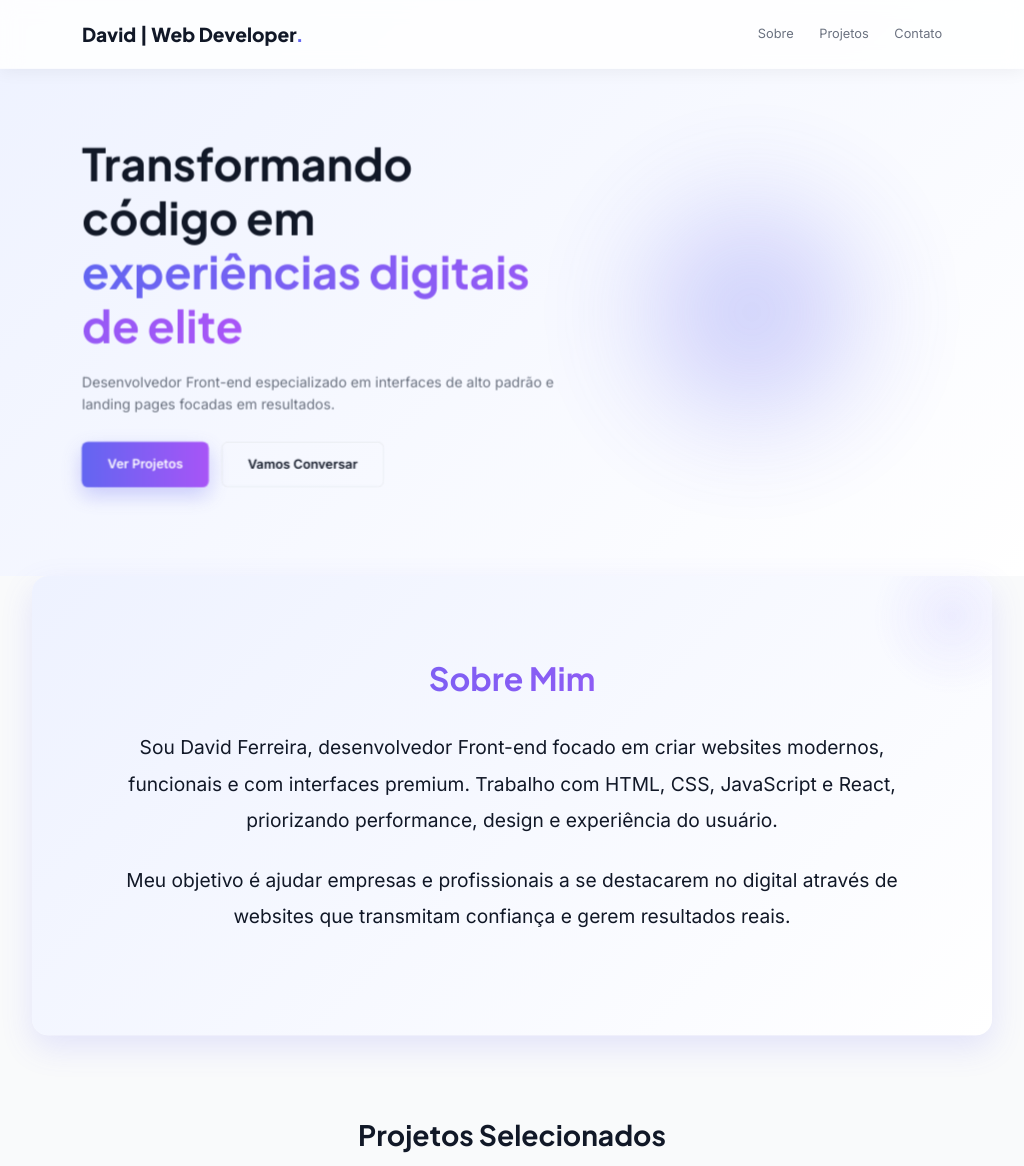
Repository: davidfsillva/David_Ferreira
Page: index.html
These files come from the project's save history. The page is drawn as it stood at one moment and after a run of saves; the edit follows.
The browser window is 1280 px wide. The pictures show the part of the page from y = 0 to 1457 px (the page is 2877 px tall before and 2783 px after), at 80% of full size.
Pictures or frames that could not be fetched are drawn as grey boxes.

Above is the page before, as saved 2026-02-11 12:04:53.
Console error: TypeError: Cannot read properties of null (reading 'addEventListener')

### index.html
<!DOCTYPE html>
<html lang="pt-BR">
<head>
    <meta charset="UTF-8">
    <meta name="viewport" content="width=device-width, initial-scale=1.0">

    <title>David Ferreira | Desenvolvedor Front-end & UI Designer Premium</title>

    <!-- SEO Primário -->
    <meta name="description" content="David Ferreira é desenvolvedor front-end especializado em interfaces premium, landing pages de alta conversão e experiências digitais modernas.">
    <meta name="keywords" content="Desenvolvedor Front-end, Web Designer, UI Designer, Landing Page, Desenvolvimento Web, Freelancer Brasil">
    <meta name="author" content="David Ferreira">
    <meta name="robots" content="index, follow">
    <link rel="canonical" href="https://seudominio.com/">

    <!-- Open Graph (Facebook, LinkedIn) -->
    <meta property="og:title" content="David Ferreira | Desenvolvedor Front-end Premium">
    <meta property="og:description" content="Interfaces digitais de alto padrão, focadas em performance e conversão.">
    <meta property="og:image" content="https://seudominio.com/preview.jpg">
    <meta property="og:url" content="https://seudominio.com/">
    <meta property="og:type" content="website">

    <!-- Twitter Card -->
    <meta name="twitter:card" content="summary_large_image">
    <meta name="twitter:title" content="David Ferreira | Web Developer">
    <meta name="twitter:description" content="Desenvolvimento web premium focado em performance e design moderno.">
    <meta name="twitter:image" content="https://seudominio.com/preview.jpg">

    <!-- Favicon -->
    <link rel="icon" href="favicon.ico" type="image/x-icon">

    <!-- Fonts -->
    <link href="https://fonts.googleapis.com/css2?family=Inter:wght@300;400;600&family=Plus+Jakarta+Sans:wght@700;800&display=swap" rel="stylesheet">

    <link rel="stylesheet" href="style.css">
</head>


<body>

    <!-- NAVBAR -->
    <nav class="navbar">
        <div class="logo">David | Web Developer<span>.</span></div>
        <ul class="nav-links">
            <li><a href="#about">Sobre</a></li>
            <li><a href="#portfolio">Projetos</a></li>
            <li><a href="#contact" class="btn-sm">Contato</a></li>
        </ul>
    </nav>

    <!-- HERO -->
    <section class="hero">
        <div class="hero-content">
            <h1>Transformando código em <span>experiências digitais de elite</span></h1>
            <p>Desenvolvedor Front-end especializado em interfaces de alto padrão e landing pages focadas em resultados.</p>
            <div class="hero-btns">
                <a href="#portfolio" class="btn-primary">Ver Projetos</a>
                <a href="#contact" class="btn-secondary">Vamos Conversar</a>
            </div>
        </div>
        <div class="hero-visual">
            <div class="hero-glow"></div>
        </div>
    </section>

    <!-- SOBRE -->
    <section id="about" class="section">
        <h2>Sobre Mim</h2>
        <p>Sou David Ferreira, desenvolvedor Front-end focado em criar websites modernos, funcionais e com interfaces premium. Trabalho com HTML, CSS, JavaScript e React, priorizando performance, design e experiência do usuário.</p>
        <p>Meu objetivo é ajudar empresas e profissionais a se destacarem no digital através de websites que transmitam confiança e gerem resultados reais.</p>
    </section>

    <!-- PORTFÓLIO -->
    <section id="portfolio" class="portfolio">
        <div class="section-header">
            <h2>Projetos Selecionados</h2>
            <p>Uma vitrine de soluções focadas em performance e design.</p>
        </div>
        <div class="portfolio-grid">
            <!-- Projeto 1 -->
            <a href="https://davidfsillva.github.io/Alex-Carter/" target="_blank" class="project-link">
                <div class="project-card">
                    <div class="card-image">
                        <img src="img/alex.png" alt="Projeto Alex Carter">
                        <div class="card-overlay"><span>Ver Detalhes</span></div>
                    </div>
                    <div class="card-info">
                        <h3>Alex Carter | Landing Page</h3>
                        <p>Website de personal branding para atleta profissional.</p>
                    </div>
                </div>
            </a>

            <!-- Projeto 2 -->
            <a href="https://davidfsillva.github.io/e-hammershark/" target="_blank" class="project-link">
                <div class="project-card">
                    <div class="card-image">
                        <img src="img/ecomerce.png" alt="Projeto Hammershark">
                        <div class="card-overlay"><span>Ver Detalhes</span></div>
                    </div>
                    <div class="card-info">
                        <h3>Hammershark | E-commerce</h3>
                        <p>E-commerce de moda fitness, focado em branding e experiência de compra.</p>
                    </div>
                </div>
            </a>

            <!-- Projeto 3 -->
            <a href="https://davidfsillva.github.io/landing-page/" target="_blank" class="project-link">
                <div class="project-card">
                    <div class="card-image">
                        <img src="img/landingpage.png" alt="Projeto Landing Page">
                        <div class="card-overlay"><span>Ver Detalhes</span></div>
                    </div>
                    <div class="card-info">
                        <h3>Lucas Andrade | Landing Page</h3>
                        <p>Landing page estratégica para geração de leads e conversão.</p>
                    </div>
                </div>
            </a>

            <!-- Projeto 4 -->
            <a href="https://davidfsillva.github.io/beatriz-almeida-adv/" target="_blank" class="project-link">
                <div class="project-card">
                    <div class="card-image">
                        <img src="img/adv.png" alt="Projeto Beatriz Almeida Advogados">
                        <div class="card-overlay"><span>Ver Detalhes</span></div>
                    </div>
                    <div class="card-info">
                        <h3>Beatriz Almeida Advogados | Website Institucional</h3>
                        <p>Website institucional transmitindo autoridade e confiança.</p>
                    </div>
                </div>
            </a>
        </div>
    </section>

    <!-- CTA / CONTATO -->
    <section id="contact" class="cta-section">
        <h2>Pronto para elevar seu nível digital?</h2>
        <p>Vamos transformar sua ideia em uma interface de classe mundial.</p>
        <a href="https://wa.me/5599999999999" target="_blank" class="btn-whatsapp">Iniciar Conversa no WhatsApp</a>
    </section>

    <!-- FOOTER -->
    <footer>
        <div class="footer-content">
            <p>&copy; 2026 David Ferreira. Todos os direitos reservados.</p>
            <div class="social-links">
                <a href="#" target="_blank">Instagram</a>
                <a href="#" target="_blank">LinkedIn</a>
                <a href="#" target="_blank">GitHub</a>
            </div>
        </div>
    </footer>

    <script src="scripts.js"></script>
</body>
</html>
</html>

### style.css
:root {
  --primary: #6366f1;
  --primary-light: #818cf8;
  --accent: #a855f7;
  --text-dark: #111827;
  --text-light: #6b7280;
  --bg-light: #f9fafb;
  --white: #ffffff;
  --transition: all 0.3s ease;
}

/* RESET */
* {
  margin: 0;
  padding: 0;
  box-sizing: border-box;
}

html {
  scroll-behavior: smooth;
}

body {
  font-family: 'Inter', sans-serif;
  background: var(--bg-light);
  color: var(--text-dark);
  line-height: 1.6;
  animation: fadePage 0.8s ease-in-out;
}

@keyframes fadePage {
  from { opacity: 0; transform: translateY(10px); }
  to { opacity: 1; transform: translateY(0); }
}

/* NAVBAR */
.navbar {
  position: fixed;
  width: 100%;
  top: 0;
  padding: 1.5rem 8%;
  display: flex;
  justify-content: space-between;
  align-items: center;
  background: rgba(255,255,255,0.85);
  backdrop-filter: blur(12px);
  box-shadow: 0 4px 20px rgba(0,0,0,0.05);
  z-index: 1000;
  transition: var(--transition);
}

.logo {
  font-family: 'Plus Jakarta Sans', sans-serif;
  font-weight: 800;
  font-size: 1.5rem;
}

.logo span {
  color: var(--primary);
}

.nav-links {
  display: flex;
  list-style: none;
  gap: 2rem;
}

.nav-links a {
  text-decoration: none;
  color: var(--text-light);
  font-weight: 500;
  transition: var(--transition);
}

.nav-links a:hover {
  color: var(--primary);
  transform: translateY(-2px);
}

/* HERO */
.hero {
  min-height: 100vh;
  padding: 120px 8% 60px;
  display: flex;
  align-items: center;
  justify-content: space-between;
  background: linear-gradient(135deg, #eef2ff, #ffffff);
  flex-wrap: wrap;
}

.hero-content {
  max-width: 600px;
  animation: heroFade 1s ease 0.2s both;
}

@keyframes heroFade {
  from { opacity: 0; transform: translateY(40px); }
  to { opacity: 1; transform: translateY(0); }
}

.badge {
  display: inline-block;
  padding: 0.5rem 1rem;
  background: rgba(99,102,241,0.1);
  color: var(--primary);
  border-radius: 20px;
  font-size: 0.8rem;
  font-weight: 600;
  margin-bottom: 1.5rem;
}

.hero h1 {
  font-family: 'Plus Jakarta Sans', sans-serif;
  font-size: clamp(2rem, 5vw, 3.5rem);
  line-height: 1.2;
  margin-bottom: 1.5rem;
}

.hero h1 span {
  background: linear-gradient(90deg, var(--primary), var(--accent));
  -webkit-background-clip: text;
  -webkit-text-fill-color: transparent;
}

.hero p {
  font-size: 1.1rem;
  color: var(--text-light);
  margin-bottom: 2rem;
}

/* BUTTONS */
.btn-primary,
.btn-secondary,
.btn-whatsapp {
  display: inline-block;
  padding: 0.9rem 2rem;
  border-radius: 8px;
  text-decoration: none;
  font-weight: 600;
  transition: all 0.3s ease;
  position: relative;
  overflow: hidden;
}

.btn-primary {
  background: linear-gradient(90deg, var(--primary), var(--accent));
  color: white;
  box-shadow: 0 10px 25px rgba(99,102,241,0.3);
}

.btn-primary:hover {
  transform: translateY(-4px) scale(1.03);
}

.btn-primary:active {
  transform: scale(0.96);
}

.btn-primary::after {
  content: "";
  position: absolute;
  width: 200%;
  height: 200%;
  background: radial-gradient(circle, rgba(255,255,255,0.4), transparent 60%);
  top: -50%;
  left: -50%;
  opacity: 0;
  transition: opacity 0.4s ease;
}

.btn-primary:hover::after {
  opacity: 1;
}

.btn-secondary {
  border: 1px solid #e5e7eb;
  color: var(--text-dark);
  margin-left: 1rem;
}

.btn-secondary:hover {
  background: #f3f4f6;
  transform: translateY(-4px);
}

.btn-secondary:active {
  transform: scale(0.96);
}

.btn-whatsapp {
  background: #25d366;
  color: white;
}

.btn-whatsapp:hover {
  transform: translateY(-4px) scale(1.03);
}

.btn-whatsapp:active {
  transform: scale(0.96);
}

.hero-btns {
  display: flex;
  flex-wrap: wrap;
}

#about {
  text-align: center;
  max-width: 1200px; /* ocupa mais largura sem ficar exagerado */
  margin: 0 auto;
  padding: 6rem 8%;
  background: linear-gradient(135deg, #eef2ff 0%, #ffffff 100%); /* combina com hero */
  border-radius: 20px; /* bordas suaves */
  box-shadow: 0 15px 40px rgba(99,102,241,0.15); /* sombra leve e elegante */
  position: relative;
  overflow: hidden;
}

#about::before {
  content: "";
  position: absolute;
  width: 200px;
  height: 200px;
  background: radial-gradient(circle, rgba(163,155,253,0.2), transparent 70%);
  top: -50px;
  right: -50px;
  border-radius: 50%;
  z-index: 0;
  animation: pulseGlow 6s infinite ease-in-out;
}

#about h2 {
  font-family: 'Plus Jakarta Sans', sans-serif;
  font-size: clamp(2rem, 4vw, 2.5rem);
  margin-bottom: 2rem;
  position: relative;
  z-index: 1;
  background: linear-gradient(90deg, var(--primary), var(--accent));
  -webkit-background-clip: text;
  -webkit-text-fill-color: transparent;
}

#about p {
  font-size: 1.5rem;
  line-height: 1.9;
  color: var(--text-dark);
  margin-bottom: 1.8rem;
  position: relative;
  z-index: 1;
  opacity: 0;
  transform: translateY(20px);
  animation: fadeUp 1s forwards;
  animation-delay: 0.3s;
}

/* Animação suave */
@keyframes fadeUp {
  to {
    opacity: 1;
    transform: translateY(0);
  }
}



/* HERO VISUAL */
.hero-visual {
  flex: 1;
  min-height: 400px;
  display: flex;
  justify-content: center;
  align-items: center;
}

.hero-glow {
  width: 350px;
  height: 350px;
  background: radial-gradient(circle, rgba(99,102,241,0.4), transparent 70%);
  border-radius: 50%;
  filter: blur(60px);
  animation: pulseGlow 4s infinite ease-in-out;
}

@keyframes pulseGlow {
  0% { transform: scale(1); opacity: 0.7; }
  50% { transform: scale(1.1); opacity: 1; }
  100% { transform: scale(1); opacity: 0.7; }
}

/* PORTFOLIO */
.portfolio {
  padding: 6rem 8%;
}

.section-header {
  text-align: center;
  margin-bottom: 4rem;
}

.section-header h2 {
  font-family: 'Plus Jakarta Sans', sans-serif;
  font-size: 2.2rem;
  margin-bottom: 1rem;
}

.section-header p {
  color: var(--text-light);
}

.portfolio-grid {
  display: grid;
  grid-template-columns: repeat(auto-fit, minmax(280px, 1fr));
  gap: 2rem;
}

.project-card {
  background: var(--white);
  border-radius: 16px;
  overflow: hidden;
  box-shadow: 0 10px 30px rgba(0,0,0,0.06);
  cursor: pointer;
  transition: transform 0.4s ease, box-shadow 0.4s ease;
  will-change: transform;
}

.project-card:hover {
  transform: translateY(-12px) scale(1.03);
  box-shadow: 0 25px 50px rgba(99,102,241,0.2);
}

.card-image {
  position: relative;
  overflow: hidden;
}

.card-image img {
  width: 100%;
  height: 220px;
  object-fit: cover;
  display: block;
  transition: transform 0.6s ease;
}

.project-card:hover .card-image img {
  transform: scale(1.08);
}

.card-overlay {
  position: absolute;
  inset: 0;
  background: rgba(99,102,241,0.8);
  display: flex;
  justify-content: center;
  align-items: center;
  color: white;
  font-weight: 600;
  opacity: 0;
  transition: opacity 0.4s ease;
}

.project-card:hover .card-overlay {
  opacity: 1;
}

.card-info {
  padding: 1.5rem;
}

.card-info h3 {
  margin-bottom: 0.5rem;
}

.card-info p {
  color: var(--text-light);
}

.project-link {
  text-decoration: none;
  color: inherit;
  display: block;
}


/* CTA */
.cta-section {
  padding: 5rem 8%;
  text-align: center;
  background: linear-gradient(135deg, #eef2ff, #ffffff);
}

/* FOOTER */
footer {
  padding: 2rem 8%;
  background: var(--white);
  border-top: 1px solid #e5e7eb;
}

.footer-content {
  display: flex;
  justify-content: space-between;
  flex-wrap: wrap;
  gap: 1rem;
}

.social-links a {
  text-decoration: none;
  margin-left: 1rem;
  color: var(--text-light);
  transition: var(--transition);
}

.social-links a:hover {
  color: var(--primary);
  transform: translateY(-2px);
}

.cta-section p {
  color: var(--text-light);
  margin-bottom: 2.5rem; /* aumenta espaço abaixo do texto */
}

.btn-whatsapp {
  display: inline-block;
  background: #25d366;
  color: white;
  padding: 1rem 2rem;
  border-radius: 8px;
  text-decoration: none;
  font-weight: 600;
  transition: var(--transition);
  margin-top: 0.5rem; /* pequeno respiro extra */
}


/* MODAL */
.modal-overlay {
  position: fixed;
  inset: 0;
  background: rgba(0,0,0,0.6);
  display: none;
  justify-content: center;
  align-items: center;
  padding: 2rem;
  z-index: 2000;
}

.modal-content {
  background: white;
  width: 100%;
  max-width: 900px;
  border-radius: 20px;
  overflow: hidden;
  animation: modalZoom 0.4s cubic-bezier(.23,1,.32,1);
  position: relative;
}

@keyframes modalZoom {
  from { opacity: 0; transform: scale(0.85) translateY(20px); }
  to { opacity: 1; transform: scale(1) translateY(0); }
}

.modal-body {
  display: grid;
  grid-template-columns: 1fr 1fr;
}

.modal-img {
  min-height: 300px;
  background-size: cover !important;
}

.modal-text {
  padding: 2rem;
}

.close-modal {
  position: absolute;
  top: 20px;
  right: 25px;
  background: none;
  border: none;
  font-size: 2rem;
  cursor: pointer;
  transition: transform 0.3s ease;
}

.close-modal:hover {
  transform: rotate(90deg);
}

/* RESPONSIVO */
@media (max-width: 900px) {
  .hero {
    flex-direction: column;
    text-align: center;
  }

  .hero-visual {
    margin-top: 3rem;
  }

  .modal-body {
    grid-template-columns: 1fr;
  }
}

@media (max-width: 600px) {
  .navbar {
    padding: 1rem 5%;
  }

  .nav-links {
    display: none;
  }

  .hero {
    padding: 100px 5% 60px;
  }

  .portfolio {
    padding: 4rem 5%;
  }

  .cta-section {
    padding: 4rem 5%;
  }

  footer {
    padding: 2rem 5%;
  }

  .footer-content {
    flex-direction: column;
    text-align: center;
  }

  .social-links a {
    margin: 0 0.5rem;
  }
}

### scripts.js
// =============================
// NAVBAR SCROLL EFFECT
// =============================
const navbar = document.querySelector(".navbar");

window.addEventListener("scroll", () => {
  if (window.scrollY > 50) {
    navbar.style.padding = "1rem 8%";
    navbar.style.boxShadow = "0 8px 25px rgba(0,0,0,0.08)";
  } else {
    navbar.style.padding = "1.5rem 8%";
    navbar.style.boxShadow = "0 4px 20px rgba(0,0,0,0.05)";
  }
});

// =============================
// MODAL FUNCTIONALITY
// =============================
const modal = document.querySelector(".modal-overlay");
const modalImg = document.querySelector(".modal-img");
const modalTitle = document.querySelector(".modal-text h3");
const modalDesc = document.querySelector(".modal-text p");
const closeModal = document.querySelector(".close-modal");

const projectCards = document.querySelectorAll(".project-card");

projectCards.forEach(card => {
  card.addEventListener("click", () => {
    const title = card.querySelector("h3").innerText;
    const desc = card.querySelector("p").innerText;
    const img = card.querySelector("img").src;

    modalTitle.innerText = title;
    modalDesc.innerText = desc;
    modalImg.style.backgroundImage = `url(${img})`;

    modal.style.display = "flex";
    document.body.style.overflow = "hidden";
  });
});

// Fechar modal
closeModal.addEventListener("click", () => {
  modal.style.display = "none";
  document.body.style.overflow = "auto";
});

// Fechar clicando fora
modal.addEventListener("click", (e) => {
  if (e.target === modal) {
    modal.style.display = "none";
    document.body.style.overflow = "auto";
  }
});

// Fechar com ESC
document.addEventListener("keydown", (e) => {
  if (e.key === "Escape") {
    modal.style.display = "none";
    document.body.style.overflow = "auto";
  }
});

// =============================
// SCROLL REVEAL ANIMATION
// =============================
const revealElements = document.querySelectorAll(
  ".hero-content, .project-card, .section-header, .cta-section"
);

const observer = new IntersectionObserver(
  (entries) => {
    entries.forEach(entry => {
      if (entry.isIntersecting) {
        entry.target.style.opacity = "1";
        entry.target.style.transform = "translateY(0)";
      }
    });
  },
  { threshold: 0.2 }
);

revealElements.forEach(el => {
  el.style.opacity = "0";
  el.style.transform = "translateY(40px)";
  el.style.transition = "all 0.8s ease";
  observer.observe(el);
});

// =============================
// BUTTON MICRO INTERACTION
// =============================
const buttons = document.querySelectorAll(".btn-primary, .btn-secondary, .btn-whatsapp");

buttons.forEach(btn => {
  btn.addEventListener("mouseenter", () => {
    btn.style.transform = "scale(1.05)";
  });

  btn.addEventListener("mouseleave", () => {
    btn.style.transform = "scale(1)";
  });
});

After the next 3 saves:
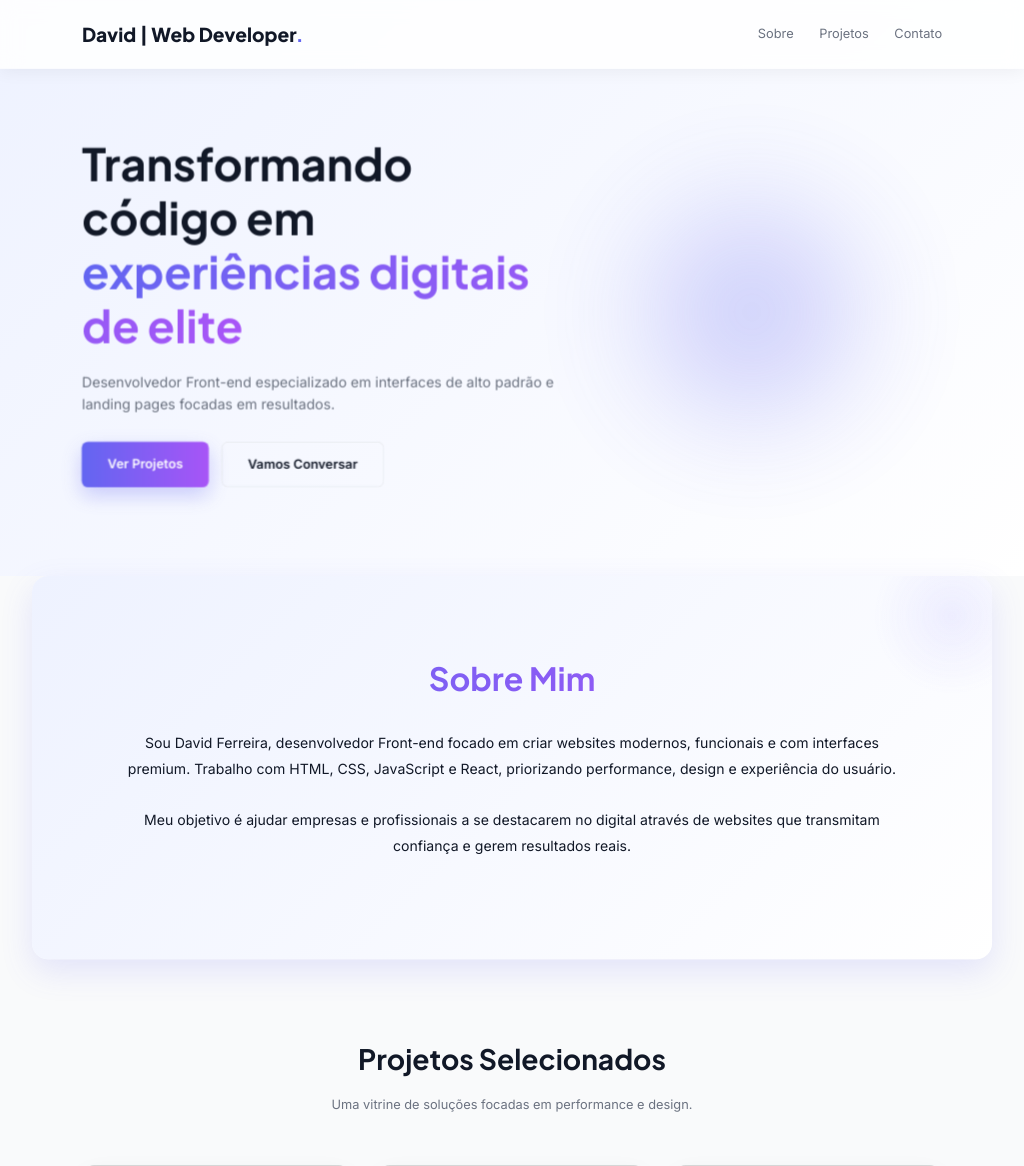
The 3 saves are shown as one change because they came seconds apart.
The last was saved 11 s later.
--- a/style.css
+++ b/style.css
@@ -242,7 +242,7 @@ body {
 }
 
 #about p {
-  font-size: 1.5rem;
+  font-size: 1.10rem;
   line-height: 1.9;
   color: var(--text-dark);
   margin-bottom: 1.8rem;
